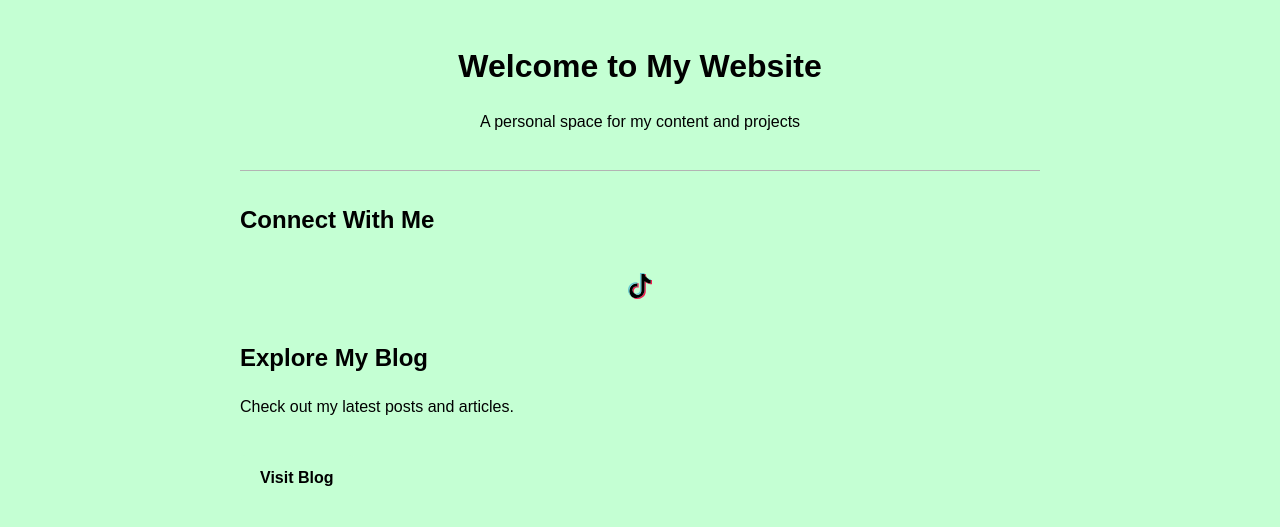
Repository: pjpatrick071/pjpatrick071.github.io
Page: index.html
The author's editor kept a copy of each file at every save. The page is drawn from the files as they stood at one save, then again after the next save.
The browser window is 1280 px wide. The pictures show the whole page.

Above is the page before, as saved 2025-04-02 20:39:00.

After the next save:
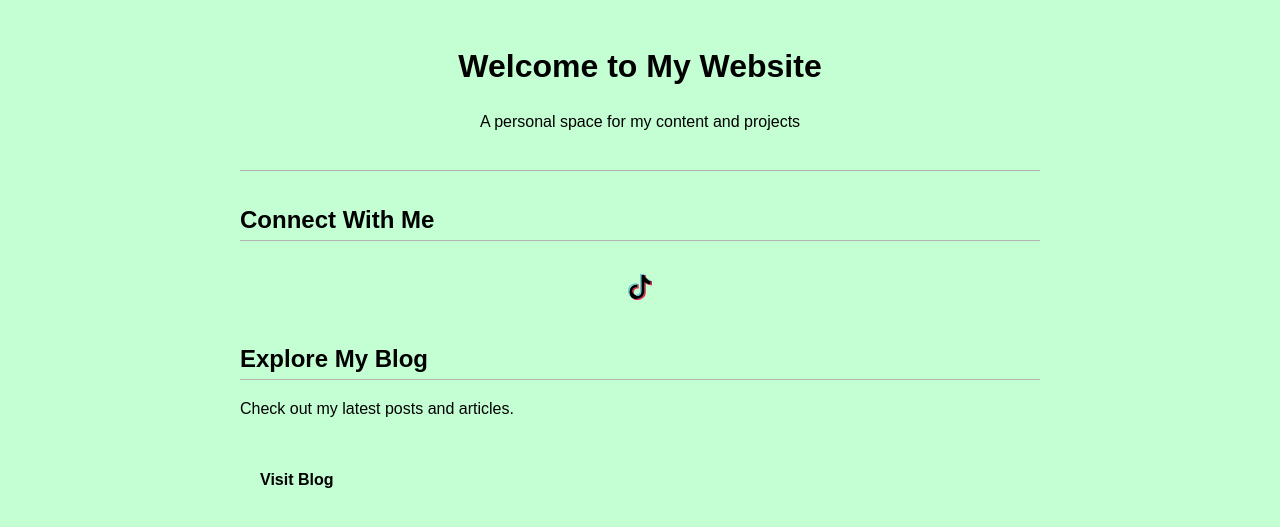
Saved 83 s later.
--- a/index.html
+++ b/index.html
@@ -38,7 +38,7 @@
         h2{
             color: var(--black);
             margin-bottom: 10px;
-            border-bottom: 1px #b3b3b3;
+            border-bottom: 1px solid #b3b3b3;
 
         }
 
